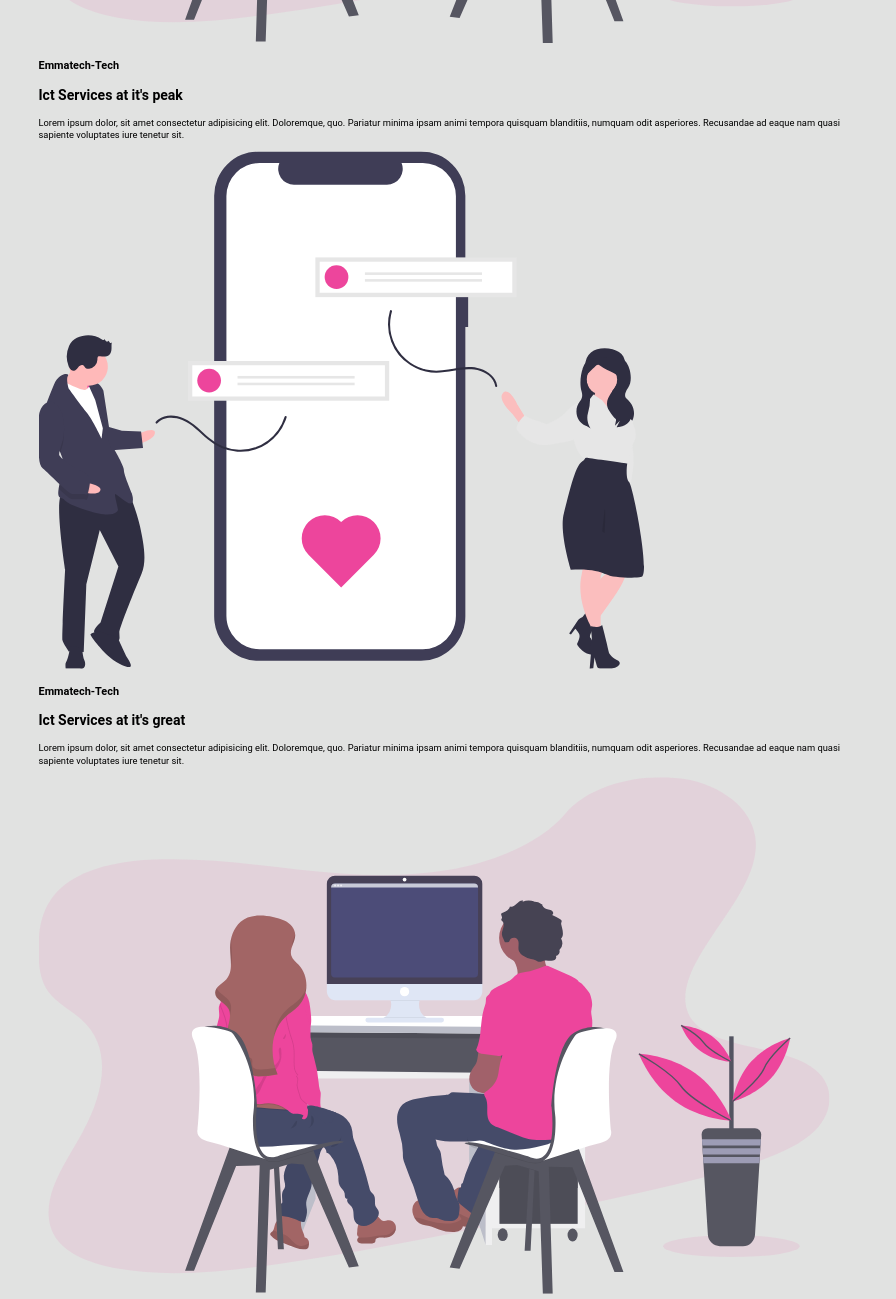
Repository: wisdomspine/emmatech-website
Page: index.html
These files come from the project's save history. The page is drawn as it stood at one moment and after the next save; the edit follows.
The browser window is 1280 px wide. The pictures show the part of the page from y = 925 to 2845 px (the page is 2780 px tall before and 2845 px after), at 70% of full size.

Above is the page before, as saved 2020-10-05 11:28:13.

### index.html
<!DOCTYPE html>
<html lang="en">

<head>
    <meta charset="UTF-8">
    <meta name="viewport" content="width=device-width, initial-scale=1.0 max-scale=1.0">
    <title>Emmatech ICT</title>
    <link rel="stylesheet" href="./assets/styles/styles.css">
    <link rel="stylesheet" href="./assets/styles/home-slide.css">
</head>

<body>
    <header class="header">
        <div class="container">
            <img src="./assets/images/logo.png" alt="">
            <nav>
                <ul>
                    <li>
                        <a href="#">Contact us</a>
                    </li>
                    <li>
                        <a href="#">About</a>
                    </li>
                    <li>
                        <a href="#">Services</a>
                    </li>
                    <li>
                        <a href="#">Portfolio</a>
                    </li>
                </ul>
            </nav>
        </div>
    </header>

    <section class="home-slide">
        <div>
            <div class="container">
                <article>
                    <header>
                        <h1>Emmatech-Tech</h1>
                        <h2>Ict Services at it's best</h2>
                    </header>
                    <p>
                        Lorem ipsum dolor, sit amet consectetur adipisicing elit. Doloremque, quo. Pariatur minima ipsam
                        animi tempora quisquam blanditiis, numquam odit asperiores. Recusandae ad eaque nam quasi
                        sapiente voluptates iure tenetur sit.

                    </p>
                </article>
                <div>
                    <img src="./assets/images/slide/slide1.svg" alt="">
                </div>
            </div>
        </div>
        <div>
            <div class="container">
                <article>
                    <header>
                        <h1>Emmatech-Tech</h1>
                        <h2>Ict Services at it's peak</h2>
                    </header>
                    <p>
                        Lorem ipsum dolor, sit amet consectetur adipisicing elit. Doloremque, quo. Pariatur minima ipsam
                        animi tempora quisquam blanditiis, numquam odit asperiores. Recusandae ad eaque nam quasi
                        sapiente voluptates iure tenetur sit.

                    </p>
                </article>
                <div>
                    <img src="./assets/images/slide/slide2.svg" alt="">
                </div>
            </div>
        </div>
        <div>
            <div class="container">
                <article>
                    <header>
                        <h1>Emmatech-Tech</h1>
                        <h2>Ict Services at it's great</h2>
                    </header>
                    <p>
                        Lorem ipsum dolor, sit amet consectetur adipisicing elit. Doloremque, quo. Pariatur minima ipsam
                        animi tempora quisquam blanditiis, numquam odit asperiores. Recusandae ad eaque nam quasi
                        sapiente voluptates iure tenetur sit.

                    </p>
                </article>
                <div>
                    <img src="./assets/images/slide/slide1.svg" alt="">
                </div>
            </div>
        </div>
    </section>
</body>

</html>

### assets/styles/styles.css
@import "./preset.css";
@import "./page-header.css";

.container {
  max-width: 1170px;
  margin-left: auto;
  margin-right: auto;
}

### assets/styles/home-slide.css
@import "./variables.css";

.home-slide {
  /* height: calc(100vh - var(--header-height)); */
  overflow: hidden;
}

### assets/styles/preset.css
/* @font-face {
  font-family: "Roboto";
  src: "../fonts/Roboto /Roboto-Regular.ttf";
} */
@import "./variables.css";
* {
  box-sizing: border-box;
  text-rendering: optimizeLegibility;
  -webkit-font-smoothing: antialiased;
  -moz-osx-font-smoothing: grayscale;
  font-kerning: auto;
}
html {
  font-size: 10pt;
  line-height: 1.4;
  font-weight: 400;
  font-family: "Roboto";
  -webkit-text-size-adjust: 100%;
}
body {
  margin: 0;
  background-color: var(--bg-color);
}

a,
a:hover,
a:active,
a:focus {
  text-decoration: none;
}

### assets/styles/page-header.css
@import "./variables.css";
.header {
  display: flex;
  flex-flow: row nowrap;
  justify-content: space-between;
  padding: var(--padding-large);
  height: var(--header-height);
  overflow: hidden;
  background-color: var(--card-color);
}

.header .container {
  display: flex;
  flex-flow: row nowrap;
  justify-content: space-between;
}

.header img {
  display: inline-block;
  height: 100%;
}

.header nav ul {
  list-style: none;
  display: flex;
  flex-flow: row nowrap;
  padding: 0;
  margin: 0;
}

.header nav ul li {
  padding: var(--padding-mid);
}

.header nav ul a {
  color: var(--accent-link-color);
}
.header nav ul a:hover {
  opacity: 0.9;
}

### assets/styles/variables.css
:root {
  --bg-color: #e1e2e1;
  --padding-large: 24px;
  --padding-mid: 18px;
  --header-height: 100px;
  --card-color: #ffffff;
  --accent-link-color: #ed459c;
}

Loaded but not shown: assets/images/slide/slide1.svg (1 lines, source omitted)

After the next save:
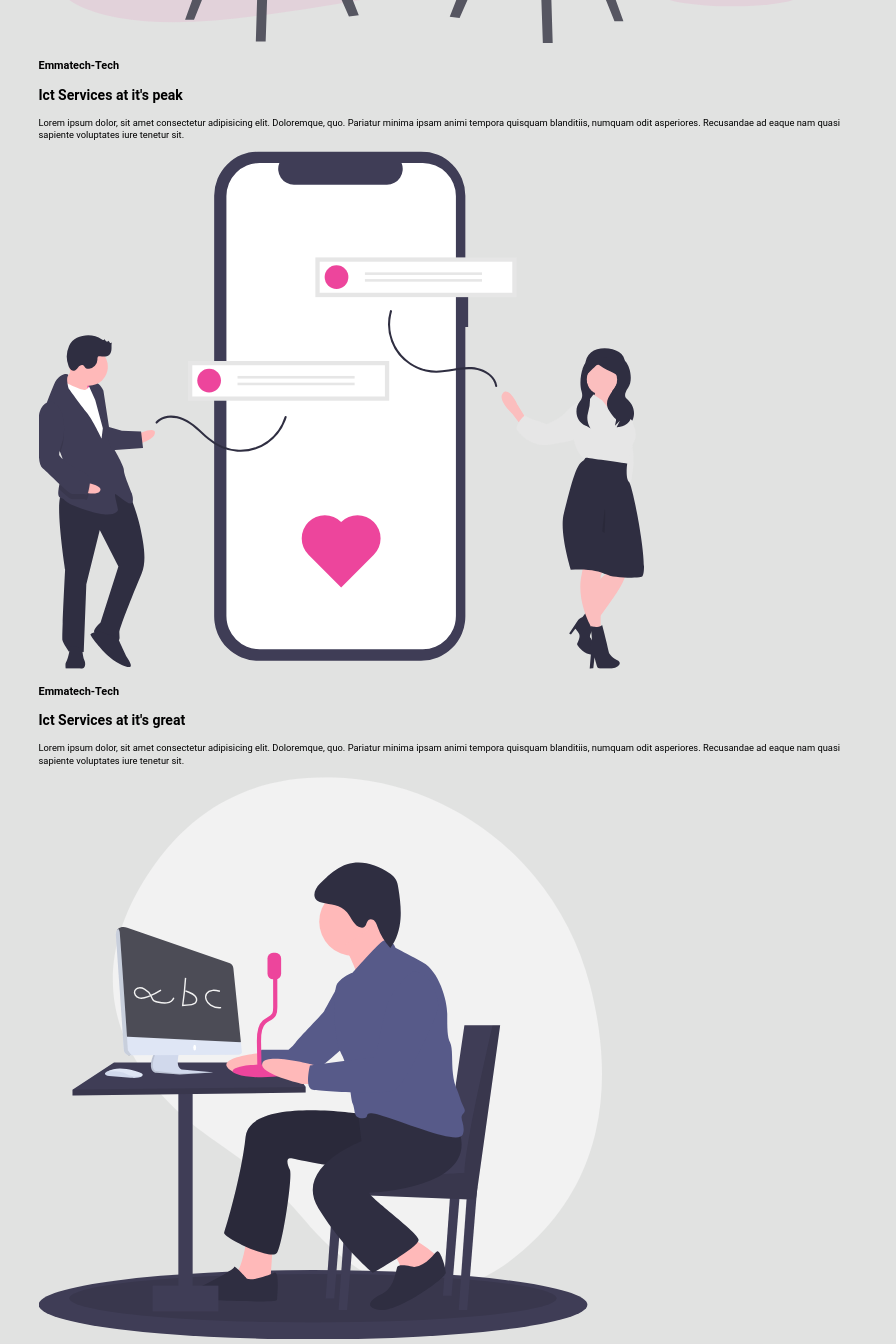
Saved 39 s later.
--- a/index.html
+++ b/index.html
@@ -86,7 +86,7 @@
                     </p>
                 </article>
                 <div>
-                    <img src="./assets/images/slide/slide1.svg" alt="">
+                    <img src="./assets/images/slide/slide3.svg" alt="">
                 </div>
             </div>
         </div>
